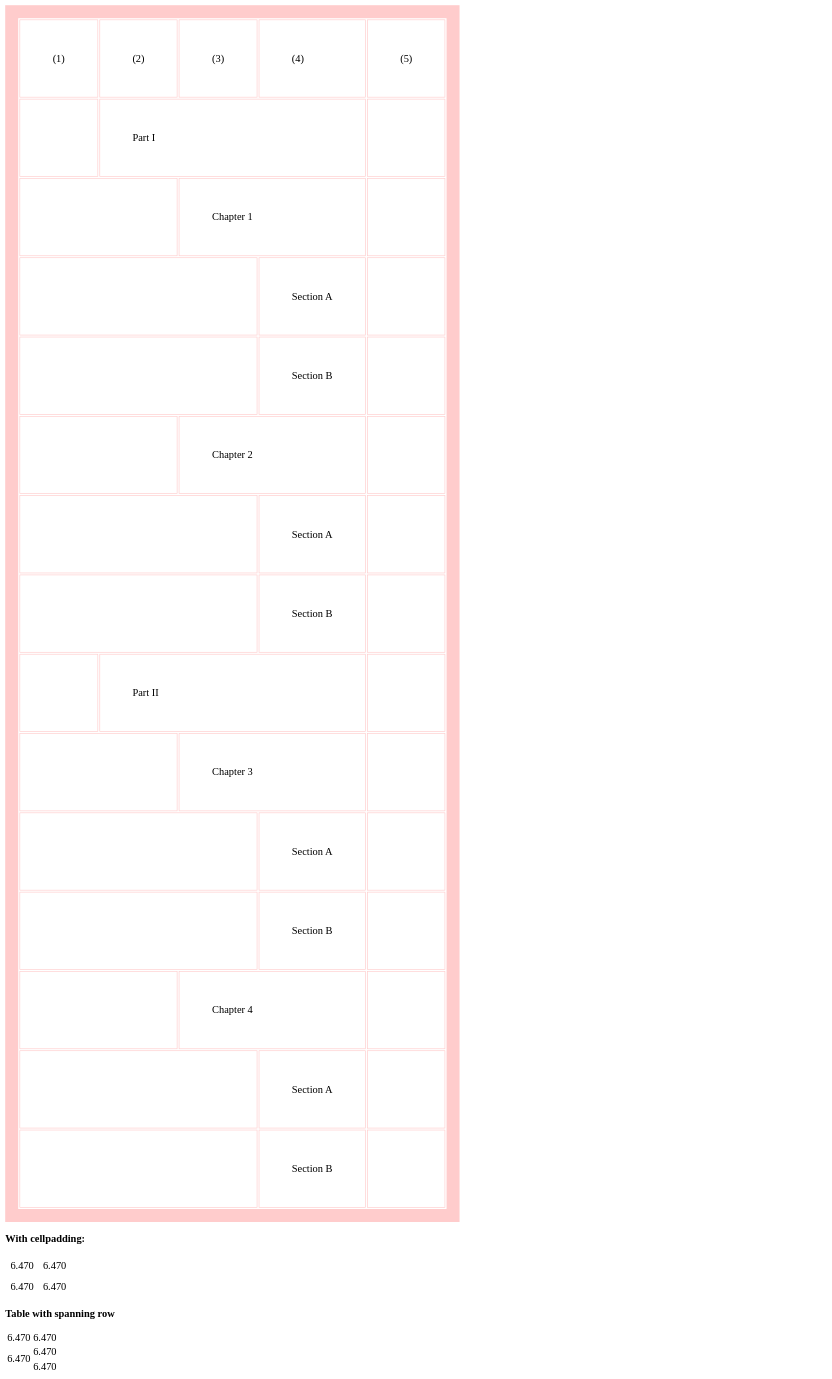
Repository: watermelonfee/HTCNWEB
Page: Tuan01/BT06/BT06b.html
An editor plug-in stored every save of this project. The page is shown before and after the next save, followed by the edit.
The browser window is 1280 px wide. The pictures show the whole page, at 65% of full size.

Above is the page before, as saved 2023-02-21 22:39:09.

### Tuan01/BT06/BT06b.html
<!DOCTYPE html>
<html lang="en">
<head>
    <meta charset="UTF-8">
    <meta http-equiv="X-UA-Compatible" content="IE=edge">
    <meta name="viewport" content="width=device-width, initial-scale=1.0">
    <title>Document</title>
</head>
<body>
    <div>
        <table border="20" cellspacing="2" cellpadding="50" bordercolor="FFCCCC"class="table1">
            <tr class="text2">
            <td>(1)</td>
            <td>(2)</td>
            <td>(3)</td>
            <td id="id4" colspan="2">(4)</td>
            <td>(5)</td>
            </tr>
            <tr>
            <td></td>
            <td colspan="4"><span>Part I</span></td>
            <td></td>
            </tr>
            <tr>
            <td colspan="2"></td>
            <td colspan="3"><span>Chapter 1</span></td>
            <td></td>
            </tr>
            <tr>
            <td colspan="3"></td>
            <td colspan="2"><span>Section A</span></td>
            <td></td>
            </tr>
            <tr>
            <td colspan="3"></td>
            <td colspan="2"><span>Section B</span></td>
            <td></td>
            </tr>
            <tr>
            <td colspan="2"></td>
            <td colspan="3"><span>Chapter 2</span></td>
            <td></td>
            </tr>
            <tr>
            <td colspan="3"></td>
            <td colspan="2"><span>Section A</span></td>
            <td></td>
            </tr>
            <tr>
            <td colspan="3"></td>
            <td colspan="2"><span>Section B</span></td>
            <td></td>
            </tr>
            <tr>
            <td></td>
            <td colspan="4"><span>Part II</span></td>
            <td></td>
            </tr>
            <tr>
            <td colspan="2"></td>
            <td colspan="3"><span>Chapter 3</span></td>
            <td></td>
            </tr>
            <tr>
            <td colspan="3"></td>
            <td colspan="2"><span>Section A</span></td>
            <td></td>
            </tr>
            <tr>
            <td colspan="3"></td>
            <td colspan="2"><span>Section B</span></td>
            <td></td>
            </tr>
            <tr>
            <td colspan="2"></td>
            <td colspan="3"><span>Chapter 4</span></td>
            <td></td>
            </tr>
            <tr>
            <td colspan="3"></td>
            <td colspan="2"><span>Section A</span></td>
            <td></td>
            </tr>
            <tr>
            <td colspan="3"></td>
            <td colspan="2"><span>Section B</span></td>
            <td></td>
        </table>

        <div class="table2">
            <p><b>With cellpadding:</b></p>
            <table cellpadding="6.470px">
                <tr>
                <td>6.470</td>
                <td>6.470</td>
                </tr>
                <tr>
                <td>6.470</td>
                <td>6.470</td>
            </tr>
            </table>

            <p><b>Table with spanning row</b></p>
            <table>
                <tr>
                    <td>6.470</td>
                    <td>6.470</td>
                </tr>
                <tr>
                    <td rowspan="2">6.470</td>
                    <td>6.470</td>
                </tr>
                <tr>
                    <td>6.470</td>
                </tr>
            </table>
        </div>
        </div>
</body>
</html>

After the next save:
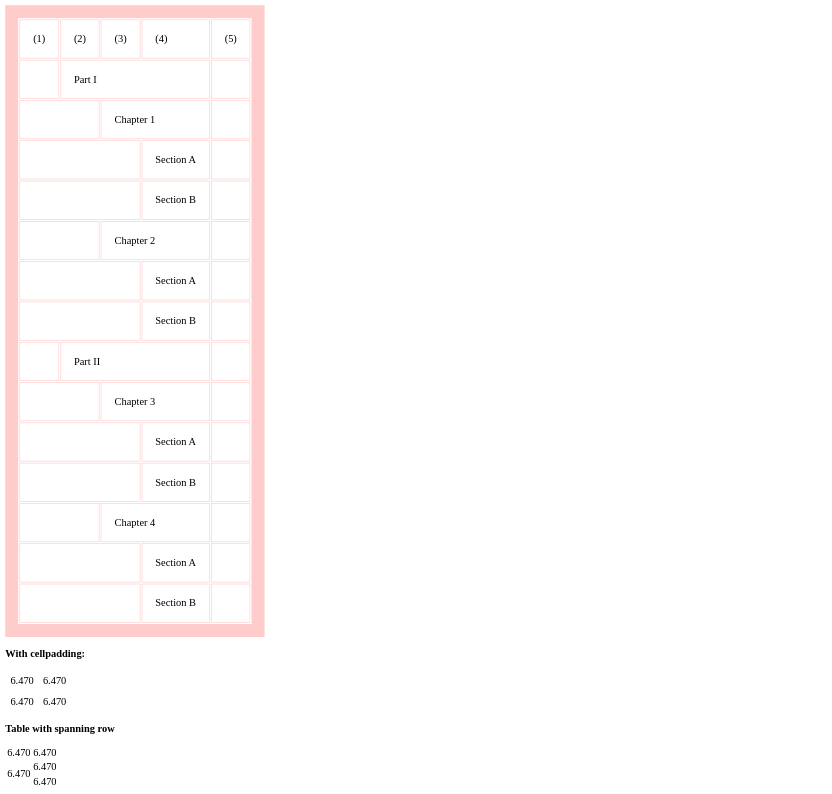
Saved 11 s later.
--- a/Tuan01/BT06/BT06b.html
+++ b/Tuan01/BT06/BT06b.html
@@ -8,7 +8,7 @@
 </head>
 <body>
     <div>
-        <table border="20" cellspacing="2" cellpadding="50" bordercolor="FFCCCC"class="table1">
+        <table border="20" cellspacing="2" cellpadding="20" bordercolor="FFCCCC"class="table1">
             <tr class="text2">
             <td>(1)</td>
             <td>(2)</td>
